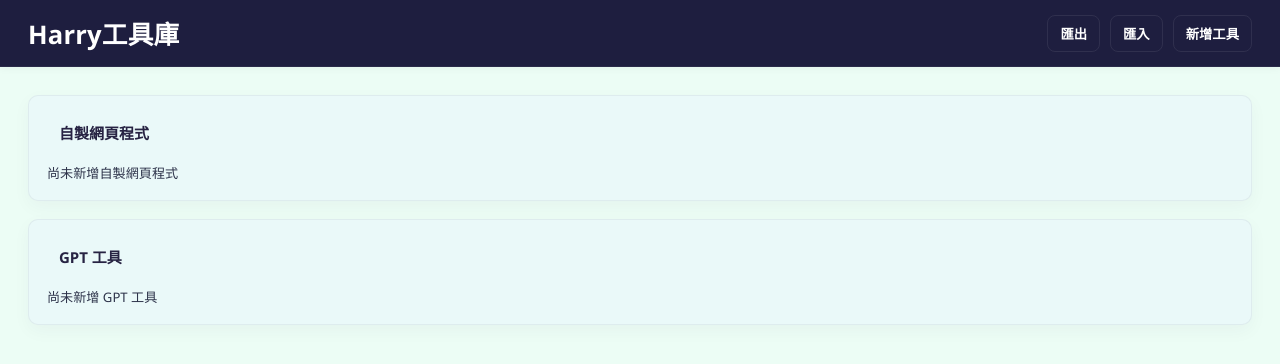
Repository: Harry985991/bmcvibecoding
Page: personal_tool_portal.html
These files come from the project's save history. The page is drawn as it stood at one moment and after the next save; the edit follows.
The browser window is 1280 px wide. The pictures show the whole page.

Above is the page before, as saved 2025-08-22 23:24:57.

After the next save:
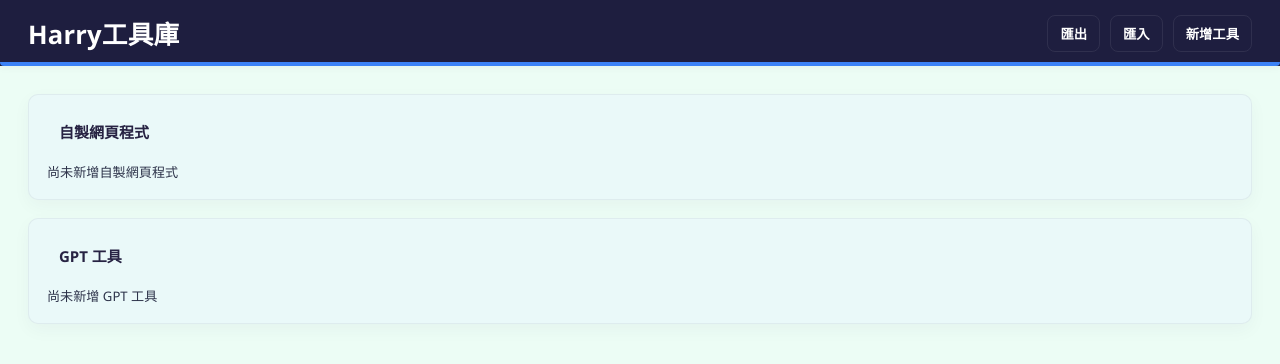
Saved 4 min 13 s later.
--- a/personal_tool_portal.html
+++ b/personal_tool_portal.html
@@ -9,6 +9,7 @@
   --bg: #ECFDF5;           /* page background (updated) */
   --primary: #272343;      /* dark navy */
   --banner: #1E1E3F;       /* banner color (updated to #1E1E3F) */
+  --underline: #3B82F6;   /* banner 底部亮藍下劃線 */
   --muted: #2d334a;        /* paragraph */
   --accent: #ffd600;       /* accent (kept) */
   --teal: #bae8e8;         /* tag / light green-blue */
@@ -31,18 +32,32 @@ body {
   -moz-osx-font-smoothing:grayscale;
 }
 
-/* top white banner */
+/* top banner */
 header {
-  background: var(--banner);              /* 改為附件深色 */
+  background: var(--banner);
   padding: 14px 28px;
   display: flex;
   align-items: center;
   justify-content: space-between;
-  border-bottom: 1px solid rgba(255,255,255,0.06); /* 調整邊線為淺白 */
+  border-bottom: none; /* 取消原本邊線，改用下劃線 */
   box-shadow: 0 2px 8px rgba(16,24,40,0.04);
   position: sticky;
   top: 0;
   z-index: 50;
+  position: relative;
+}
+
+/* banner 底部亮藍下劃線 */
+header::after {
+  content: "";
+  position: absolute;
+  left: 0;
+  right: 0;
+  bottom: 0;
+  height: 4px;
+  background: var(--underline);
+  border-bottom-left-radius: 6px;
+  border-bottom-right-radius: 6px;
 }
 
 /* left: logo + title */
